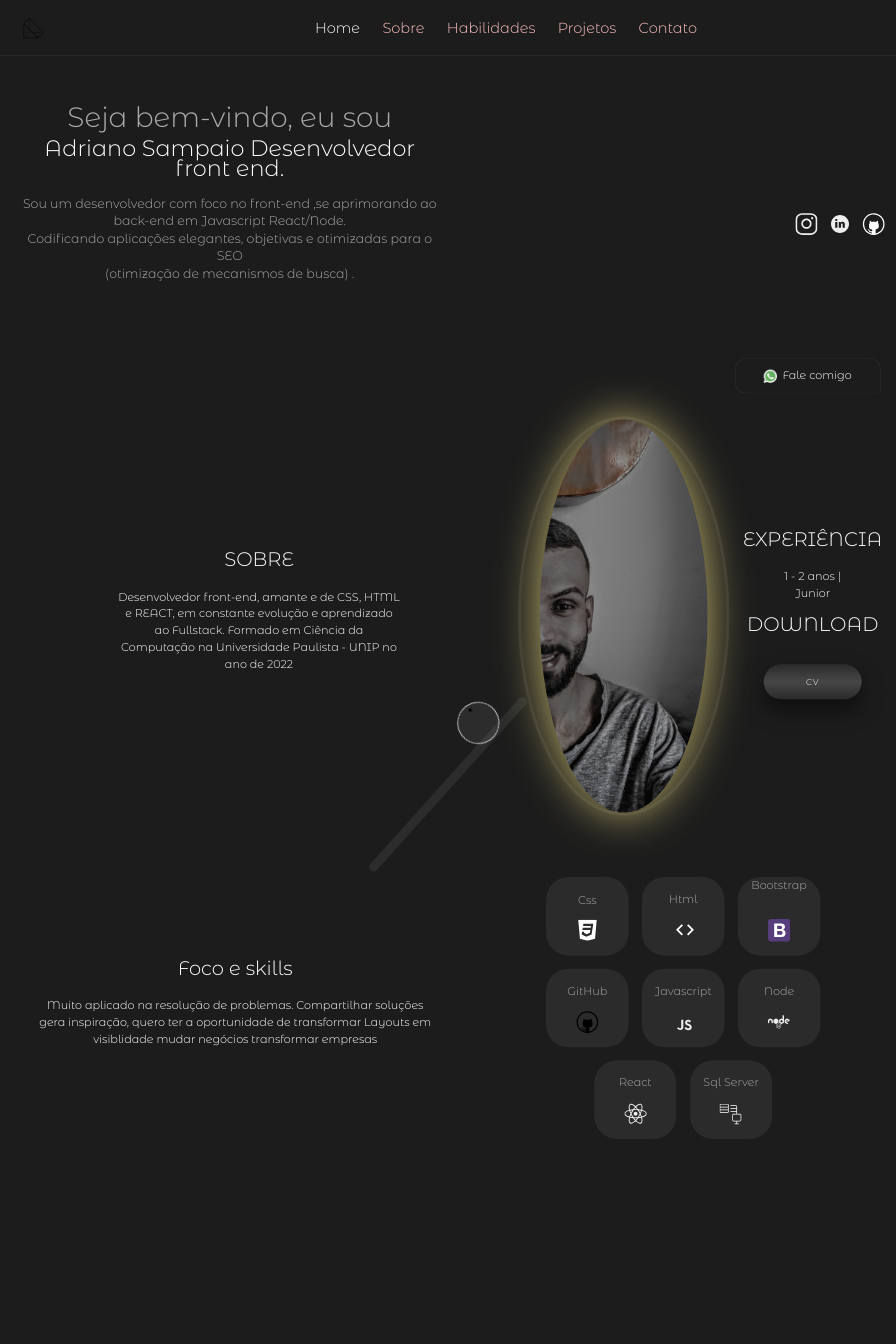
Repository: adrianodisam/NovoPortifolio
Page: /
The author's editor kept a copy of each file at every save. The page is drawn from the files as they stood at one save, then again after the next save.
The browser window is 1280 px wide. The pictures show the part of the page from y = 0 to 1920 px (the page is 3024 px tall), at 70% of full size.
The project was rebuilt for these pictures with package versions that can differ from the ones it lists, and the page was loaded fresh each time. Imported but missing from the stored project, and not drawn on this page: src/componentes/Download/Adriano.pdf.

Above is the page before, as saved 2024-11-02 16:23:35.

After the next save:
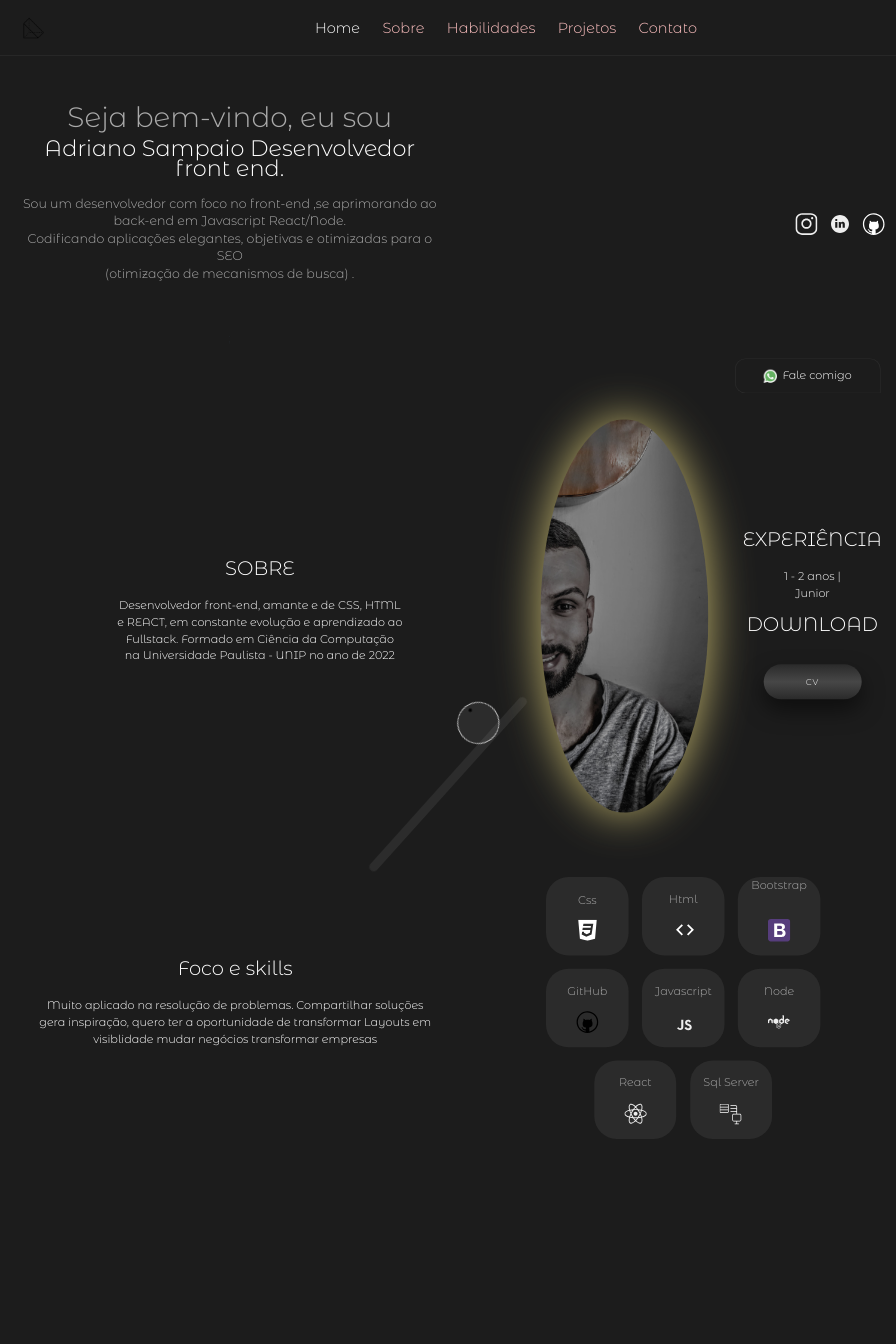
Saved 19 s later.
--- a/src/componentes/FotoSobre/FotoSobre.module.css
+++ b/src/componentes/FotoSobre/FotoSobre.module.css
@@ -3,7 +3,7 @@
   justify-content: center;
   align-items: center;
   width: 50%;
-  border: solid 4px var(--CorBorda);
+  /* border: solid 4px var(--CorBorda); */
   border-radius: 50%;
   /* background: hsla(0, 0%, 67%, 0.1); */
 }
